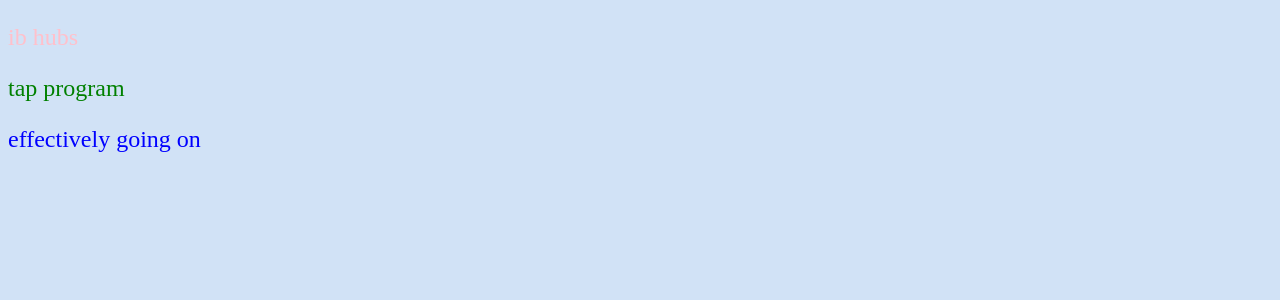
Repository: pranavi481/Assignments
Page: styles.html
The author's editor kept a record of every edit. The page is drawn from the files as they stood at one moment, then again after the next edit.
The browser window is 1280 px wide. The pictures show the whole page.

Above is the page before.

After the next edit:
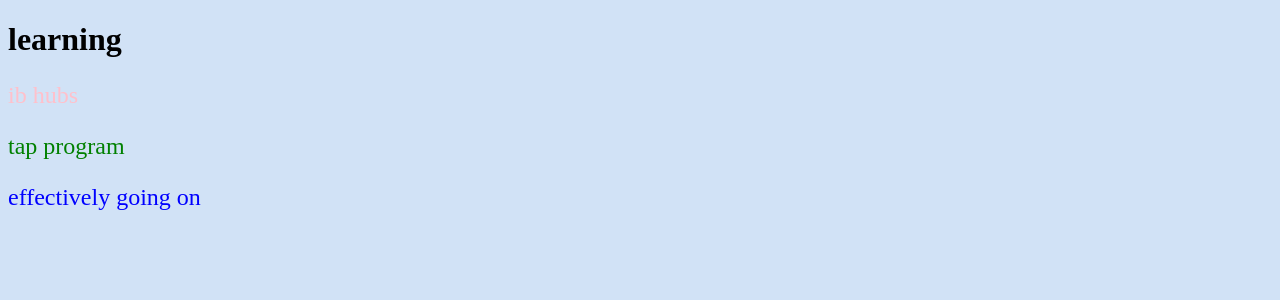
The edit:
--- a/styles.html
+++ b/styles.html
@@ -15,6 +15,7 @@
         </style>
     </head>
     <body>
+        <h1> learning </h1>
         <p>ib hubs </p>
         <p style = "color: green"> tap program </p>
         <p style = "color: blue"> effectively going on </p>
